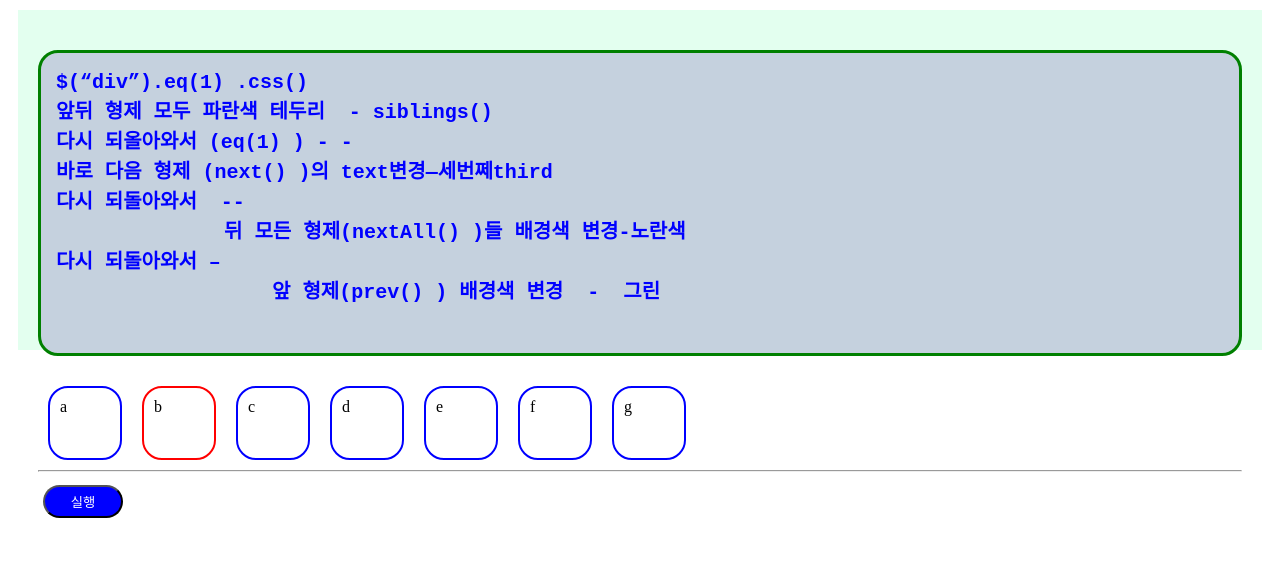
Repository: ypyp0205/jquery
Page: jqpro/WebContent/0214/sivlings_end.html
These files come from the project's save history. The page is drawn as it stood at one moment and after the next save; the edit follows.
The browser window is 1280 px wide. The pictures show the whole page.
After loading, the first visible `#btn1` was clicked once.

Above is the page before, as saved 2020-02-14 01:20:48.

After the next save:
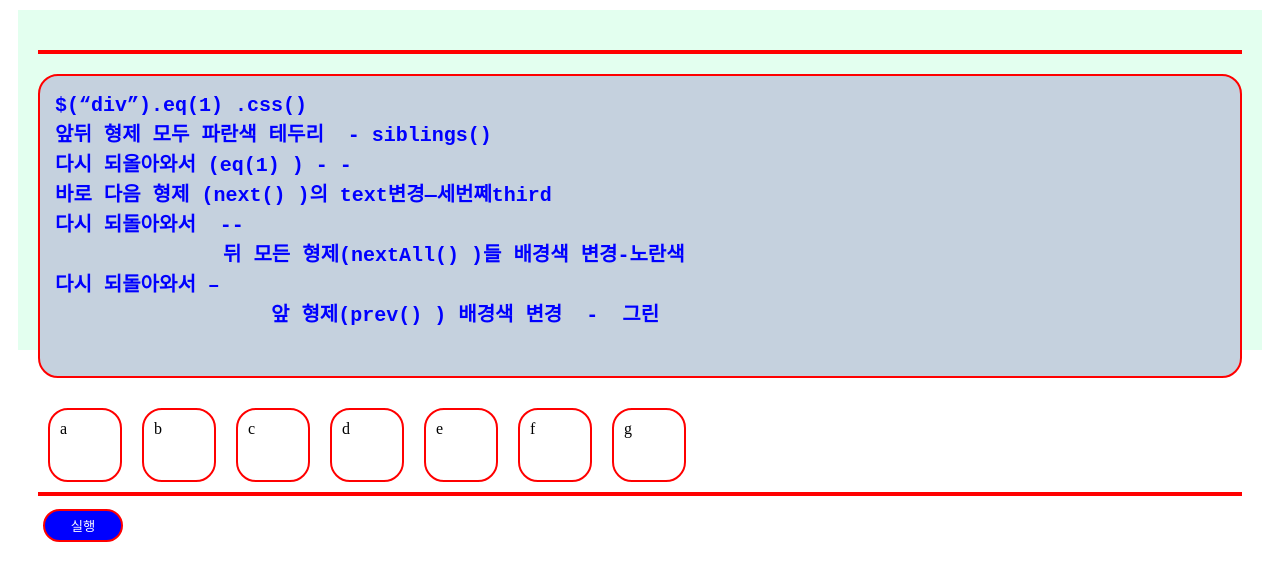
Saved 36 s later.
--- a/jqpro/WebContent/0214/sivlings_end.html
+++ b/jqpro/WebContent/0214/sivlings_end.html
@@ -11,6 +11,7 @@
 
 		$('#btn1').click(function(){
 		$('.box div').eq(1).css('border', '2px solid red');
+		$('.box div').siblings().css('border', '2px solid red');
 
 		})
 

After the save that followed:
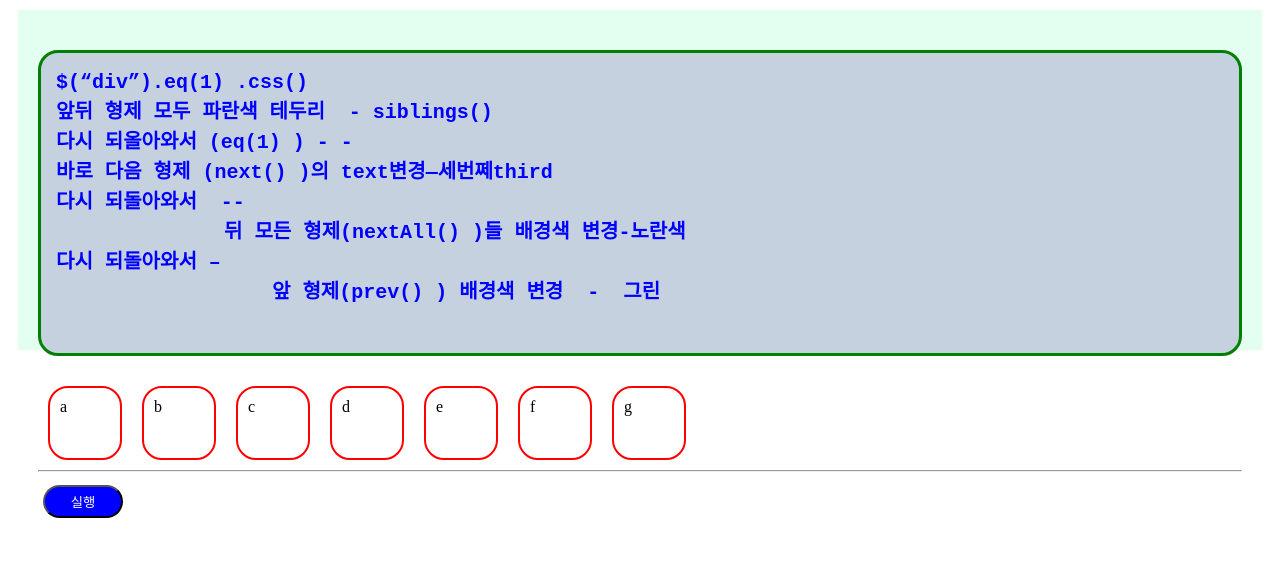
Saved 11 s later.
--- a/jqpro/WebContent/0214/sivlings_end.html
+++ b/jqpro/WebContent/0214/sivlings_end.html
@@ -11,7 +11,7 @@
 
 		$('#btn1').click(function(){
 		$('.box div').eq(1).css('border', '2px solid red');
-		$('.box div').siblings().css('border', '2px solid red');
+		$('.box div').siblings('div').css('border', '2px solid red');
 
 		})
 
